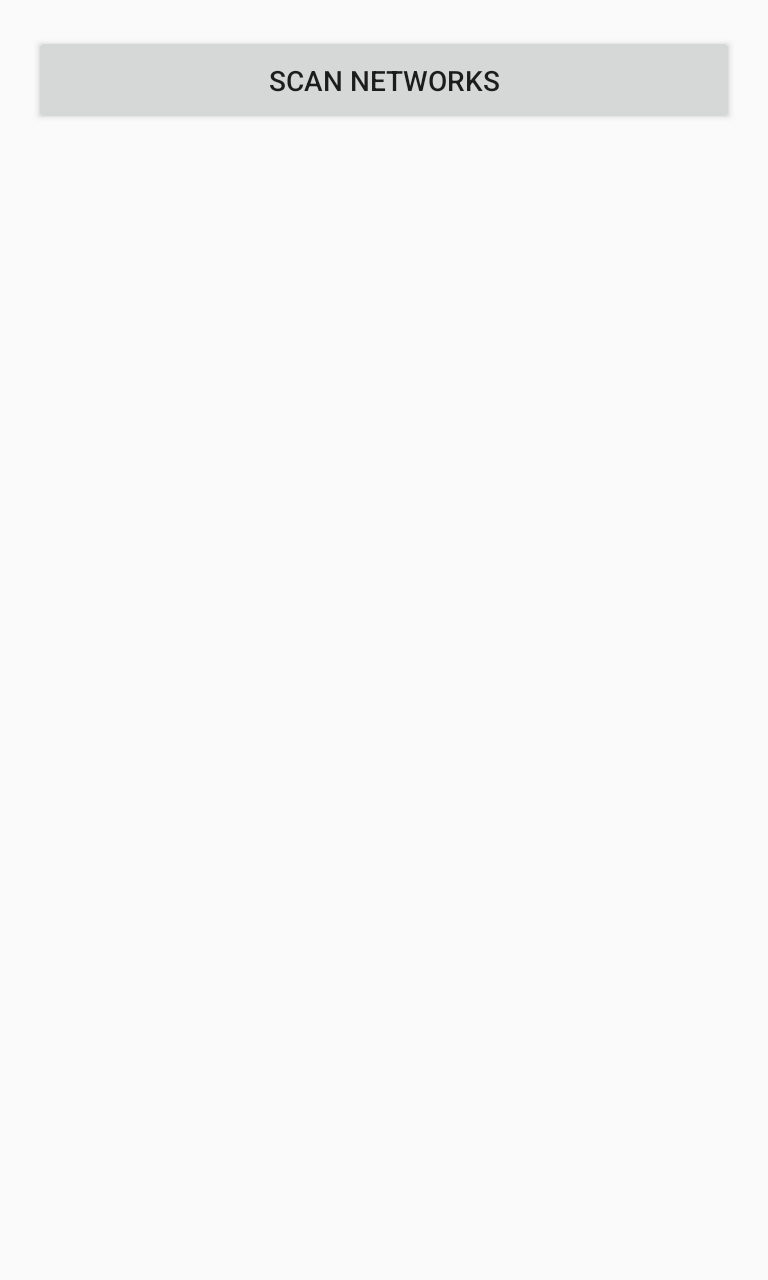
Repository: vphilippon/IFT606_Project
Layout: workspace/WifiApp/res/layout/fragment_host_hot_spot.xml
The author's editor kept a copy of each file at every save. The layout is drawn from the files as they stood at one save, then again after the next save.
It is drawn on a 768 x 1280 px phone screen (xhdpi) without system bars, with theme AppTheme; the app's code is not run.

Above is the layout before, as saved 2014-07-14 04:16:00.

### workspace/WifiApp/res/layout/fragment_host_hot_spot.xml
<TableLayout xmlns:android="http://schemas.android.com/apk/res/android"
    xmlns:tools="http://schemas.android.com/tools"
    android:layout_width="match_parent"
    android:layout_height="match_parent"
    android:paddingBottom="@dimen/activity_vertical_margin"
    android:paddingLeft="@dimen/activity_horizontal_margin"
    android:paddingRight="@dimen/activity_horizontal_margin"
    android:paddingTop="@dimen/activity_vertical_margin"
    tools:context="com.example.wifiapp.HostHotSpotActivity$PlaceholderFragment" >

    <TableRow
        android:id="@+id/tableRow1"
        android:layout_width="match_parent"
        android:layout_height="wrap_content" >

        <Button
        android:id="@+id/hotspot_action_button"
        android:layout_width="wrap_content"
        android:layout_height="wrap_content"
        android:layout_weight="1"
        android:onClick="handleScanAction"
        android:text="@string/scan_start_action" />
	</TableRow>

</TableLayout>

### workspace/WifiApp/res/values/strings.xml
<?xml version="1.0" encoding="utf-8"?>
<resources>

    <string name="app_name">WifiApp</string>
    <string name="default_str">Default</string>

    <!-- Shared string for confirmation dialogs -->
    <string name="dialog_yes">Yes</string>
    <string name="dialog_no">No</string>
    <string name="dialog_cancel">Cancel</string>

    <!-- Strings from the scan activity -->
    <string name="scan_start_action">Scan networks</string>
    <string name="scan_delete_action">Delete all entries</string>
    <string name="scan_stop_action">Stop scan</string>
    <string name="scan_result_label">Network count : </string>
    <string name="scan_result_count_default">0 (Network not scanned)</string>
    <string name="scan_result_show_more">Show more</string>
    <string name="scan_result_launch_hotspot">Copy NetWork</string>
    <string name="launch_hotspot_confirmation_title">Launching hotspot with a specific configuration </string>
    <string name="launch_hotspot_confirmation_message">Current Wifi connection will be shut down for emission. Are you sure you want to launch a network like \'%s\' ? </string>
    <string name="hello_world">Hello world2!</string>
    <string name="btnTest">ClickMe</string>
    <string name="title_activity_detailed_scan_result">DetailedScanResultActivity</string>
    <string name="action_settings">Settings</string>
    <string name="title_activity_host_hot_spot">HostHotSpotActivity</string>

    <!-- Strings from the hotspot activity -->
	<string name="hotspot_start_wifi">Start</string>
    <string name="hotspot_stop_wifi">Stop</string>



</resources>

Loaded but not shown: workspace/WifiApp/res/values/styles.xml (common file); workspace/WifiApp/res/values-v11/styles.xml (common file); workspace/WifiApp/res/values-v14/styles.xml (common file); workspace/WifiApp/res/values/dimens.xml (common file); workspace/WifiApp/res/values-w820dp/dimens.xml (common file)

After the next save:
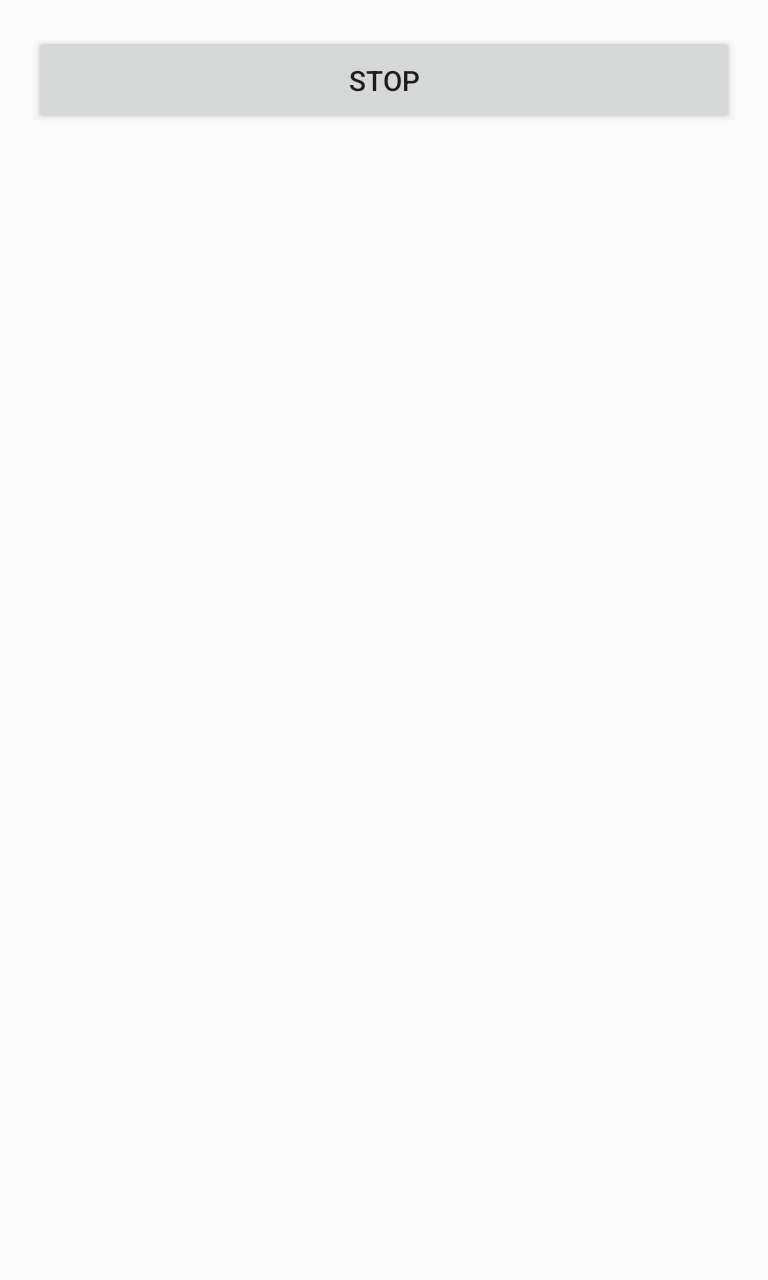
Saved 31 s later.
--- a/workspace/WifiApp/res/layout/fragment_host_hot_spot.xml
+++ b/workspace/WifiApp/res/layout/fragment_host_hot_spot.xml
@@ -19,7 +19,7 @@
         android:layout_height="wrap_content"
         android:layout_weight="1"
         android:onClick="handleScanAction"
-        android:text="@string/scan_start_action" />
+        android:text="@string/hotspot_stop_wifi" />
 	</TableRow>
 
 </TableLayout>
